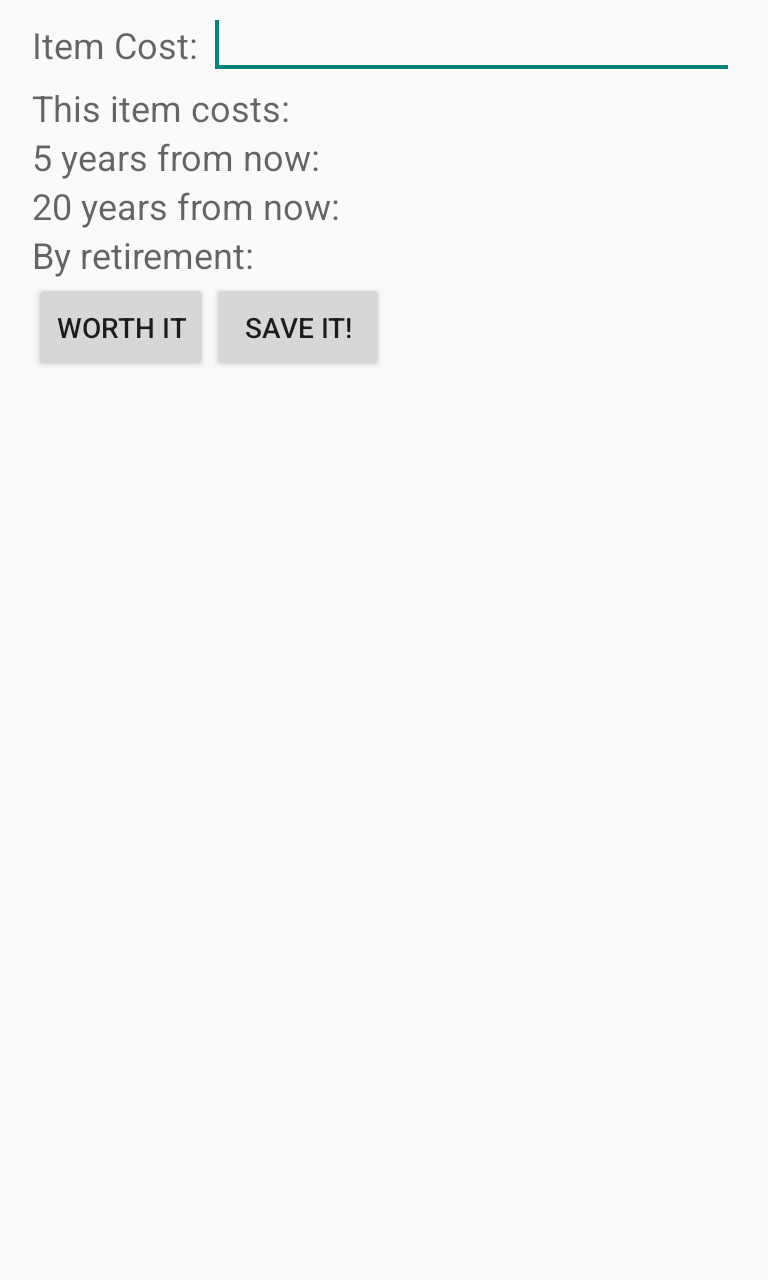
Repository: aallev11/saveit
Layout: ShouldISaveIt/res/layout/activity_main.xml
An editor plug-in stored every save of this project. The layout is shown before and after the next save, followed by the edit.
It is drawn on a 768 x 1280 px phone screen (xhdpi) without system bars, with theme AppTheme; the app's code is not run.

Above is the layout before, as saved 2014-03-30 12:58:51.

After the next save:
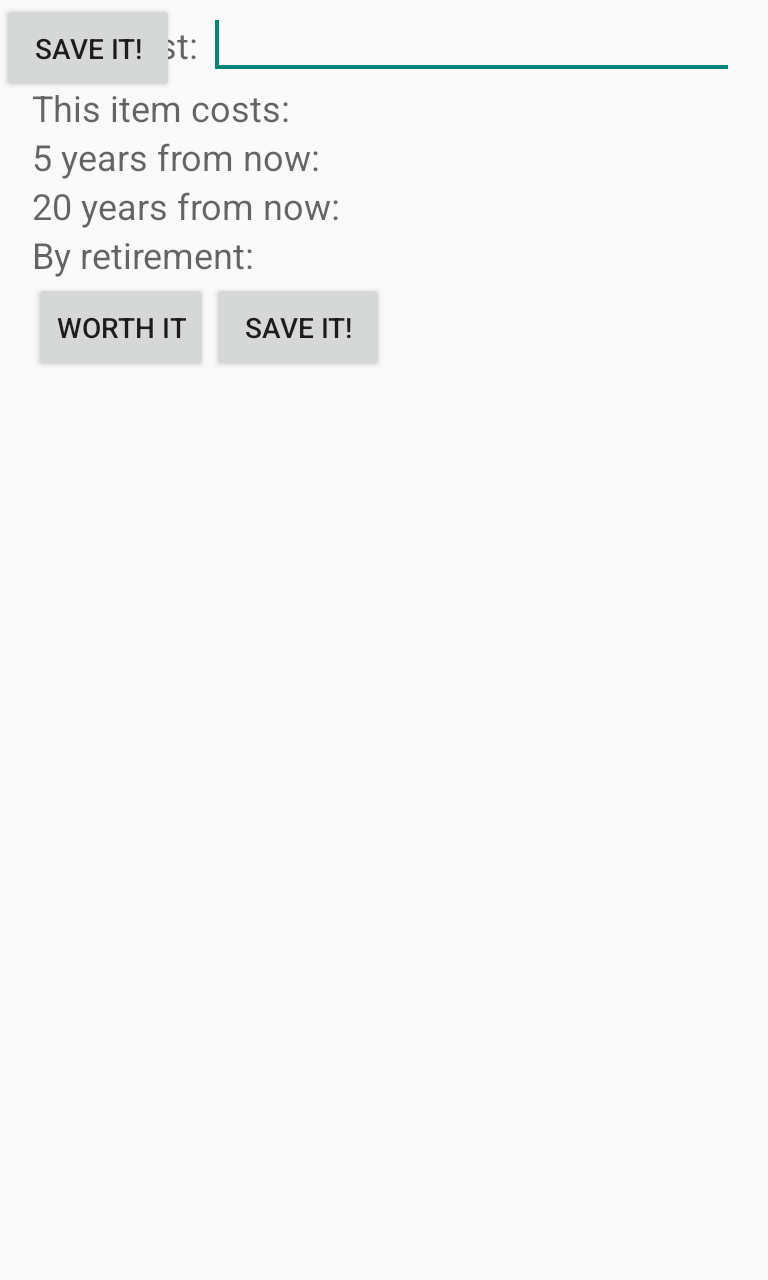
Saved 56 s later.
--- a/ShouldISaveIt/res/layout/activity_main.xml
+++ b/ShouldISaveIt/res/layout/activity_main.xml
@@ -123,4 +123,9 @@
         </LinearLayout>
     </LinearLayout>
 
+            <Button
+                android:id="@+id/lifetimeSavings"
+                android:layout_width="wrap_content"
+                android:layout_height="wrap_content"
+                android:text="Save It!" />
 </FrameLayout>
